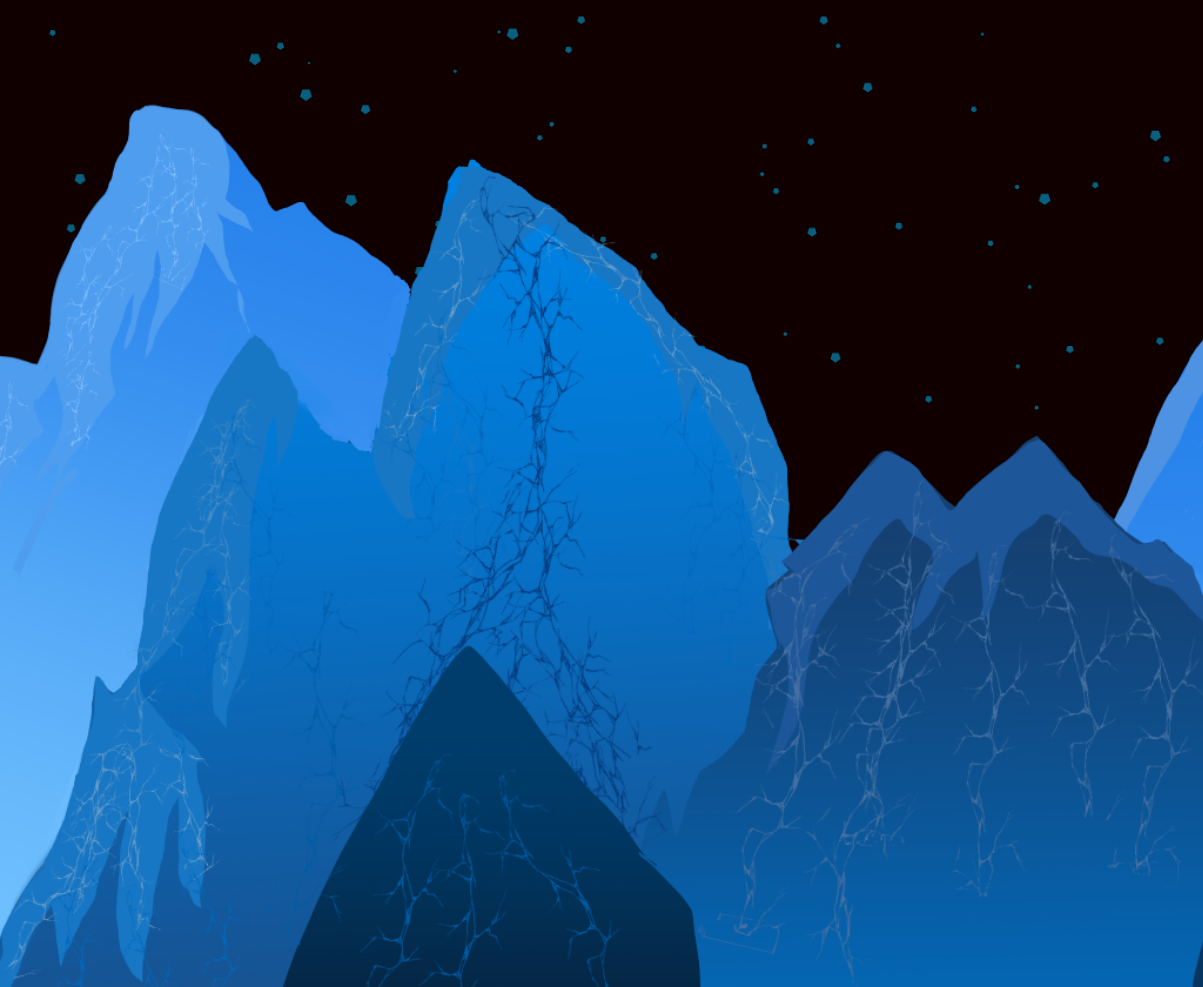
Repository: TMuse333/quantumDesigns
Page: /
These files come from the project's save history. The page is drawn as it stood at one moment and after a run of saves; the edit follows.
The browser window is 1280 px wide. The pictures show the whole page, at 94% of full size.
The project was rebuilt for these pictures with package versions that can differ from the ones it lists, and the page was loaded fresh each time. Also part of the build but not shown: vite.config.js, src/styles/navbar.css, src/components/navbar.jsx, src/styles/work.css, src/components/skillDesc.js, src/components/work.jsx, src/styles/testimonial.css, src/components/testimonials.jsx and 31 more. Imported but missing from the stored project, and not drawn on this page: src/images/best_dunk.mp4.

Above is the page before, as saved 2024-01-26 10:48:06.

After the next 3 saves:
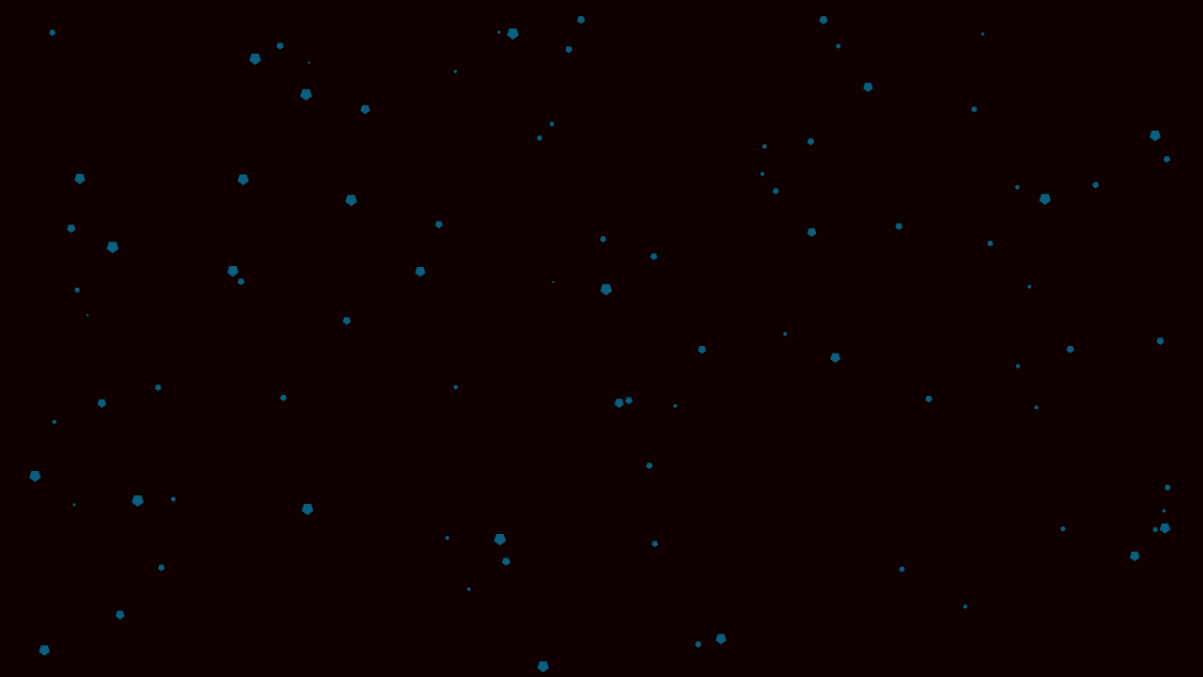
The 3 saves are shown as one change because they came seconds apart.
The last was saved 11 s later.
--- a/src/styles/hero3.css
+++ b/src/styles/hero3.css
@@ -8,7 +8,8 @@
   background-position: 50% 30%;
   background-image: url(src/images/no-bg-mountain.png);
   height:1050px;
-  position: relative;
+  position: absolute;
+  top:0;
 
 
 }

After the 5 saves that followed:
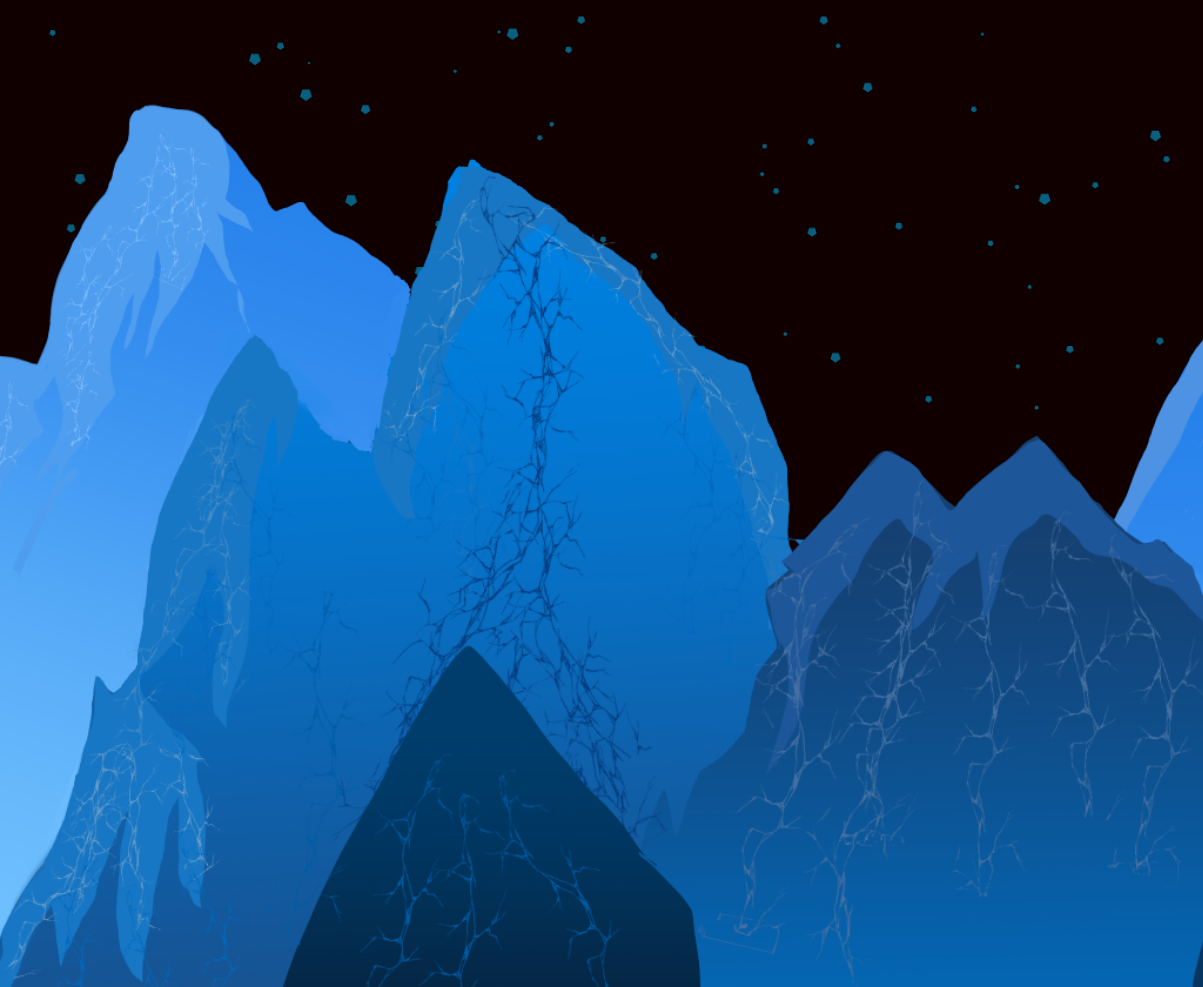
The 5 saves are shown as one change because 2 left the picture as it was and some came seconds apart.
The last was saved 20 s later.
--- a/src/styles/hero3.css
+++ b/src/styles/hero3.css
@@ -2,13 +2,13 @@
     /* margin-top: 5rem; */
 
 
-  width:100vw;
-  background-repeat: repeat-x;
+
+
   background-size: auto 1350px;
   background-position: 50% 30%;
   background-image: url(src/images/no-bg-mountain.png);
   height:1050px;
-  position: absolute;
+  position: relative;
   top:0;
 
 
